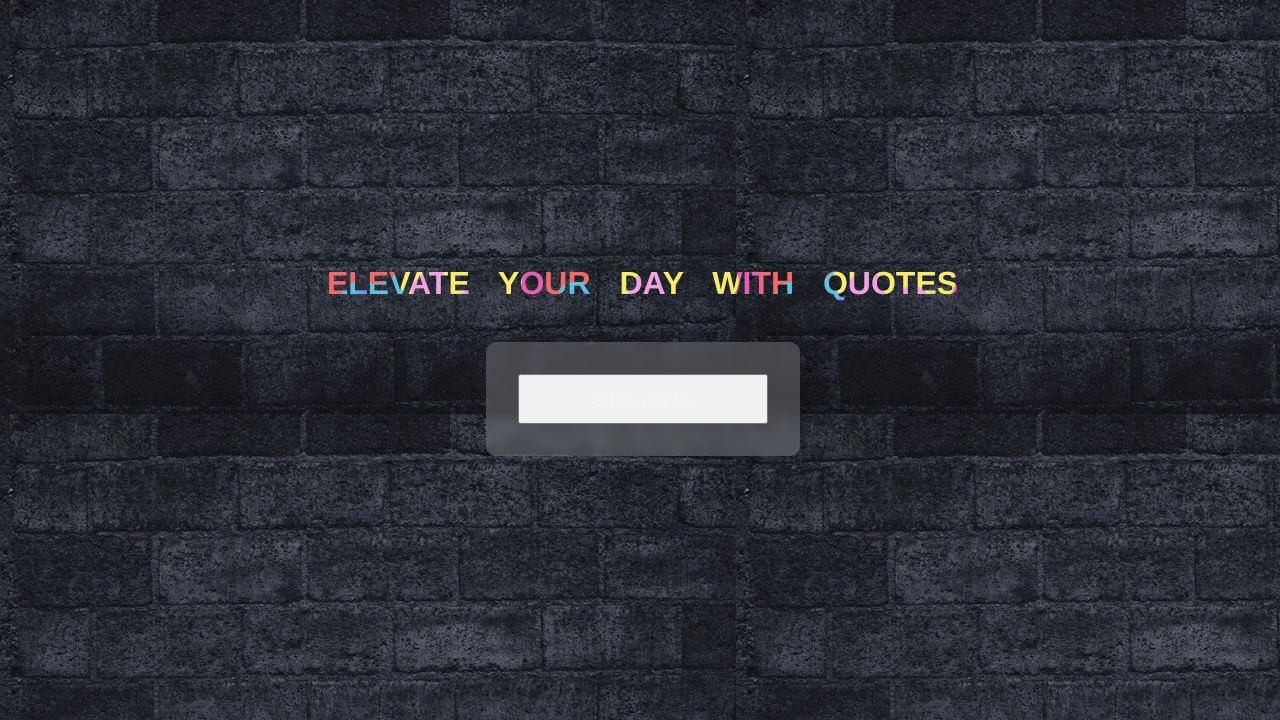
Repository: Bhavik-Sanghar/Quote-app
Page: /
These files come from the project's save history. The page is drawn as it stood at one moment and after the next save; the edit follows.
The browser window is 1280 px wide. The pictures show the whole page.
The page's requests for data from a server got no answer. The project was rebuilt for these pictures with package versions that can differ from the ones it lists, and the page was loaded fresh each time. No one was signed in, and anything a server would have sent is missing. Also part of the build but not shown: src/styles.css.

Above is the page before, as saved 2023-08-18 15:56:08.

After the next save:
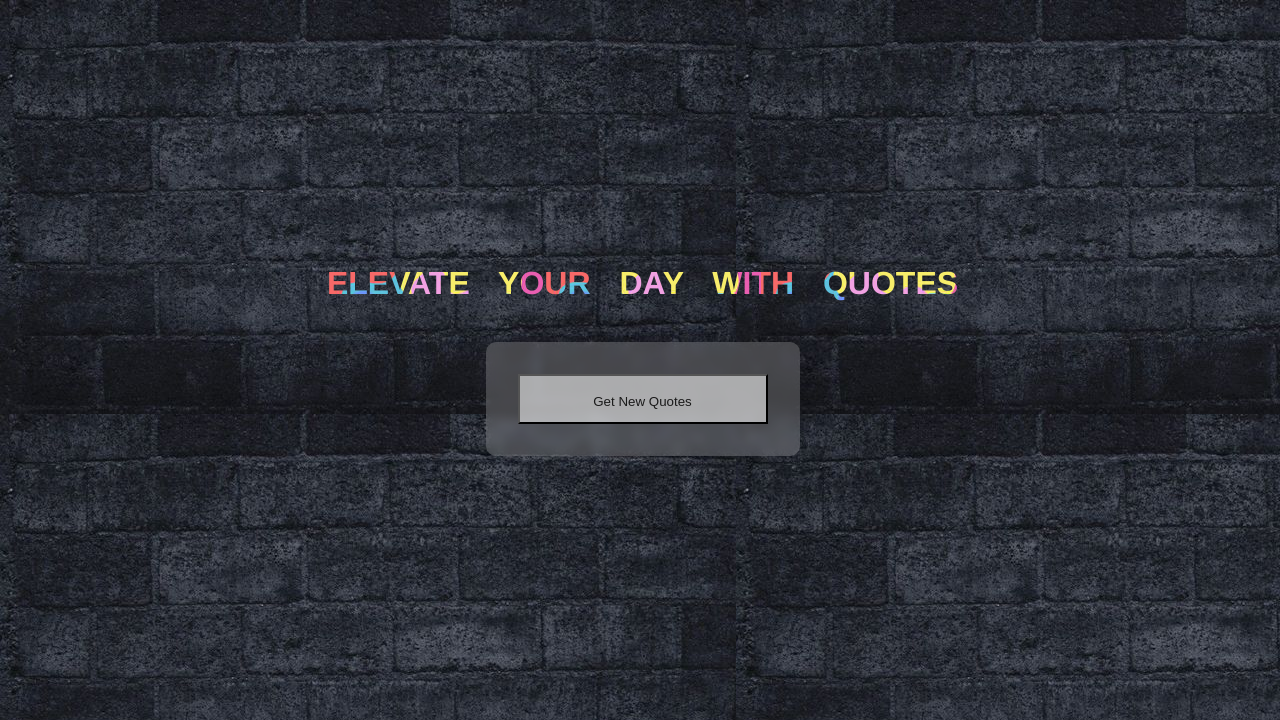
Saved 7 s later.
--- a/src/components/New.css
+++ b/src/components/New.css
@@ -123,7 +123,7 @@
 }
 
 .btn-one {
-  color:rgba(255,255,255,0.5);
+  background-color:rgba(255,255,255,0.5);
   transition: all 0.3s;
   position: relative;
 }
